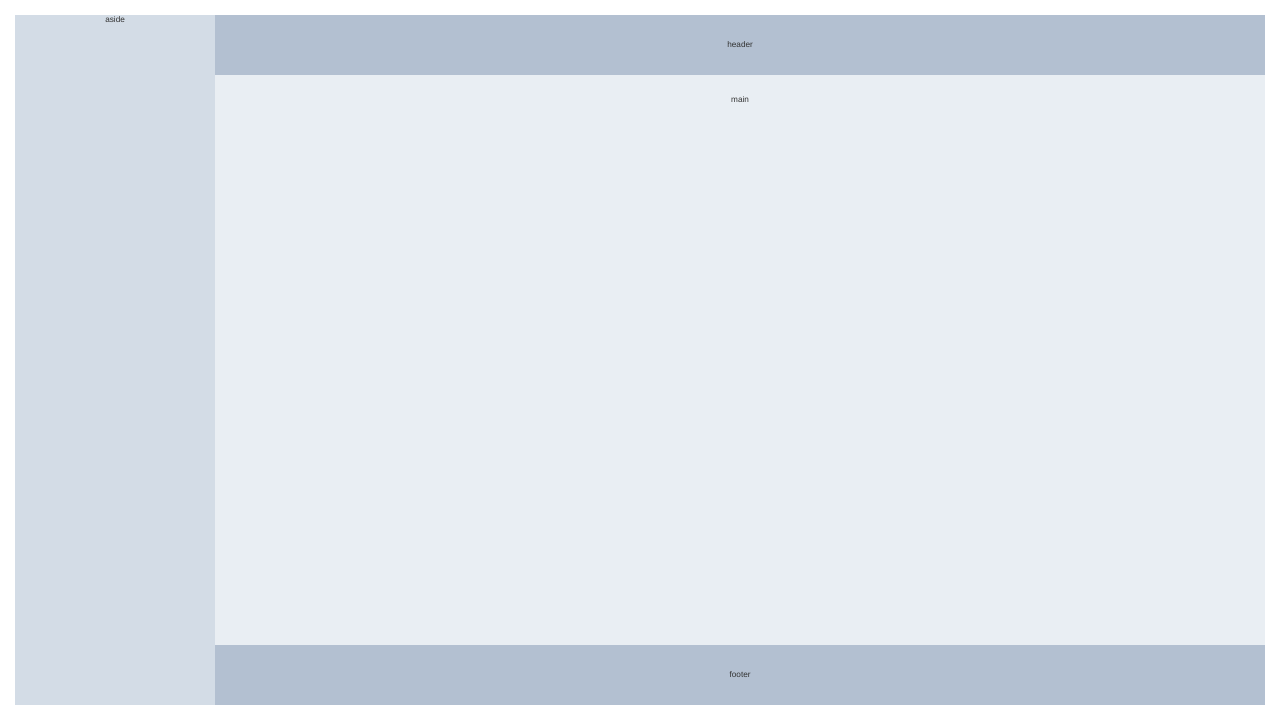
Repository: lagezhou888/element-vue2
Page: /#/button
The author's editor kept a copy of each file at every save. The page is drawn from the files as they stood at one save, then again after the next save.
The browser window is 1280 px wide. The pictures show the whole page.
The project was rebuilt for these pictures with package versions that can differ from the ones it lists, and the page was loaded fresh each time. Also part of the build but not shown: src/components/HelloWorld.vue, src/views/Home.vue.

Above is the page before, as saved 2021-05-13 15:50:11.

### src/main.js
import Vue from 'vue'
import ElementUI from 'element-ui'
import 'element-ui/lib/theme-chalk/index.css'
import App from './App.vue'

// fade/zoom 等
import 'element-ui/lib/theme-chalk/base.css'
// collapse 展开折叠
import CollapseTransition from 'element-ui/lib/transitions/collapse-transition'

import router from './router'
import store from './store'
import '@/plugins/element.js'

import './style/common.less'

Vue.component(CollapseTransition.name, CollapseTransition)
Vue.use(ElementUI, { size: 'small', zIndex: 3000 })
Vue.use(ElementUI)
Vue.config.productionTip = false

new Vue({
  router,
  store,
  render: h => h(App)
}).$mount('#app')

### src/App.vue
<template>
  <div id="app">
    <!-- <div id="nav">
      <router-link to="/">Home</router-link> |
      <router-link to="/about">About</router-link>
    </div> -->
    <router-view/>
  </div>
</template>

<style lang="less">
#app {
  font-family: "Helvetica Neue",Helvetica,"PingFang SC","Hiragino Sans GB","Microsoft YaHei","微软雅黑",Arial,sans-serif;
  -webkit-font-smoothing: antialiased;
  -moz-osx-font-smoothing: grayscale;
  text-align: center;
  font-size: 14px/1.7;
  color: #2c3e50;
}
html,body {
  padding: 0;
  margin: 0;
}
// #nav {
//   padding: 30px;

//   a {
//     font-weight: bold;
//     color: #2c3e50;

//     &.router-link-exact-active {
//       color: #42b983;
//     }
//   }
// }
</style>

### src/router/index.js
import Vue from 'vue'
import VueRouter from 'vue-router'
import Home from '../views/Home.vue'

Vue.use(VueRouter)

const routes = [
  {
    path: '/',
    name: 'Home',
    component: Home
  },
  {
    path: '/about',
    name: 'About',
    // route level code-splitting
    // this generates a separate chunk (about.[hash].js) for this route
    // which is lazy-loaded when the route is visited.
    component: () => import(/* webpackChunkName: "about" */ '../views/About.vue')
  },
  {
    path: '/button',
    name: 'button',
    component: () => import('../views/components/use-button.vue')
  }
]

const router = new VueRouter({
  routes
})

export default router

### src/plugins/element.js
import Vue from 'vue'
import {
  Pagination,
  Dialog,
  Autocomplete,
  Dropdown,
  DropdownMenu,
  DropdownItem,
  Menu,
  Submenu,
  MenuItem,
  MenuItemGroup,
  Input,
  InputNumber,
  Radio,
  RadioGroup,
  RadioButton,
  Checkbox,
  CheckboxButton,
  CheckboxGroup,
  Switch,
  Select,
  Option,
  OptionGroup,
  Button,
  ButtonGroup,
  Table,
  TableColumn,
  DatePicker,
  TimeSelect,
  TimePicker,
  Popover,
  Tooltip,
  Breadcrumb,
  BreadcrumbItem,
  Form,
  FormItem,
  Tabs,
  TabPane,
  Tag,
  Tree,
  Alert,
  Slider,
  Icon,
  Row,
  Col,
  Upload,
  Progress,
  Spinner,
  Badge,
  Card,
  Rate,
  Steps,
  Step,
  Carousel,
  CarouselItem,
  Collapse,
  CollapseItem,
  Cascader,
  ColorPicker,
  Transfer,
  Container,
  Header,
  Aside,
  Main,
  Footer,
  Timeline,
  TimelineItem,
  Link,
  Divider,
  Image,
  Calendar,
  Backtop,
  PageHeader,
  CascaderPanel,
  Loading,
  MessageBox,
  Message,
  Notification
} from 'element-ui'

Vue.use(Pagination)
Vue.use(Dialog)
Vue.use(Autocomplete)
Vue.use(Dropdown)
Vue.use(DropdownMenu)
Vue.use(DropdownItem)
Vue.use(Menu)
Vue.use(Submenu)
Vue.use(MenuItem)
Vue.use(MenuItemGroup)
Vue.use(Input)
Vue.use(InputNumber)
Vue.use(Radio)
Vue.use(RadioGroup)
Vue.use(RadioButton)
Vue.use(Checkbox)
Vue.use(CheckboxButton)
Vue.use(CheckboxGroup)
Vue.use(Switch)
Vue.use(Select)
Vue.use(Option)
Vue.use(OptionGroup)
Vue.use(Button)
Vue.use(ButtonGroup)
Vue.use(Table)
Vue.use(TableColumn)
Vue.use(DatePicker)
Vue.use(TimeSelect)
Vue.use(TimePicker)
Vue.use(Popover)
Vue.use(Tooltip)
Vue.use(Breadcrumb)
Vue.use(BreadcrumbItem)
Vue.use(Form)
Vue.use(FormItem)
Vue.use(Tabs)
Vue.use(TabPane)
Vue.use(Tag)
Vue.use(Tree)
Vue.use(Alert)
Vue.use(Slider)
Vue.use(Icon)
Vue.use(Row)
Vue.use(Col)
Vue.use(Upload)
Vue.use(Progress)
Vue.use(Spinner)
Vue.use(Badge)
Vue.use(Card)
Vue.use(Rate)
Vue.use(Steps)
Vue.use(Step)
Vue.use(Carousel)
Vue.use(CarouselItem)
Vue.use(Collapse)
Vue.use(CollapseItem)
Vue.use(Cascader)
Vue.use(ColorPicker)
Vue.use(Transfer)
Vue.use(Container)
Vue.use(Header)
Vue.use(Aside)
Vue.use(Main)
Vue.use(Footer)
Vue.use(Timeline)
Vue.use(TimelineItem)
Vue.use(Link)
Vue.use(Divider)
Vue.use(Image)
Vue.use(Calendar)
Vue.use(Backtop)
Vue.use(PageHeader)
Vue.use(CascaderPanel)

Vue.use(Loading.directive)

Vue.prototype.$loading = Loading.service
Vue.prototype.$msgbox = MessageBox
Vue.prototype.$alert = MessageBox.alert
Vue.prototype.$confirm = MessageBox.confirm
Vue.prototype.$prompt = MessageBox.prompt
Vue.prototype.$notify = Notification
Vue.prototype.$message = Message

### src/style/common.less
.full {
  padding: 15px;
  height: calc(100vh - 30px);
  overflow: hidden;
}

### src/views/components/use-button.vue
<template>
  <div class="full">
    <el-container>
      <el-aside width="200px">
          aside
      </el-aside>
      <el-container>
        <el-container>
          <el-header height="60">
            header
          </el-header>
          <el-main>
            main
          </el-main>
          <el-footer height="60">
            footer
          </el-footer>
        </el-container>
      </el-container>
    </el-container>
  </div>
</template>

<script>
export default {
  data () {
    return {
      list: [
        { name: '111', url: 'http://111' },
        { name: '111', url: 'http://111' }
      ]
    }
  },
  mounted () {
    console.log('old:' + JSON.stringify(this.list))
    this.list.forEach(element => {
      element.name += 'aaa'
    })
    console.log('new:' + JSON.stringify(this.list))
  }
}
</script>

<style lang="less" scoped>
  .el-header, .el-footer {
    background-color: #B3C0D1;
    color: #333;
    text-align: center;
    line-height: 60px;
  }

  .el-aside {
    background-color: #D3DCE6;
    color: #333;
    text-align: center;
  }

  .el-main {
    background-color: #E9EEF3;
    color: #333;
    text-align: center;
    height: calc(100vh - 150px)
  }
  .el-container:nth-child(5) .el-aside,
  .el-container:nth-child(6) .el-aside {
    line-height: 260px;
  }

  .el-container:nth-child(7) .el-aside {
    line-height: 320px;
  }
</style>

Loaded but not shown: public/index.html (common file); src/store/index.js (common file)

After the next save:
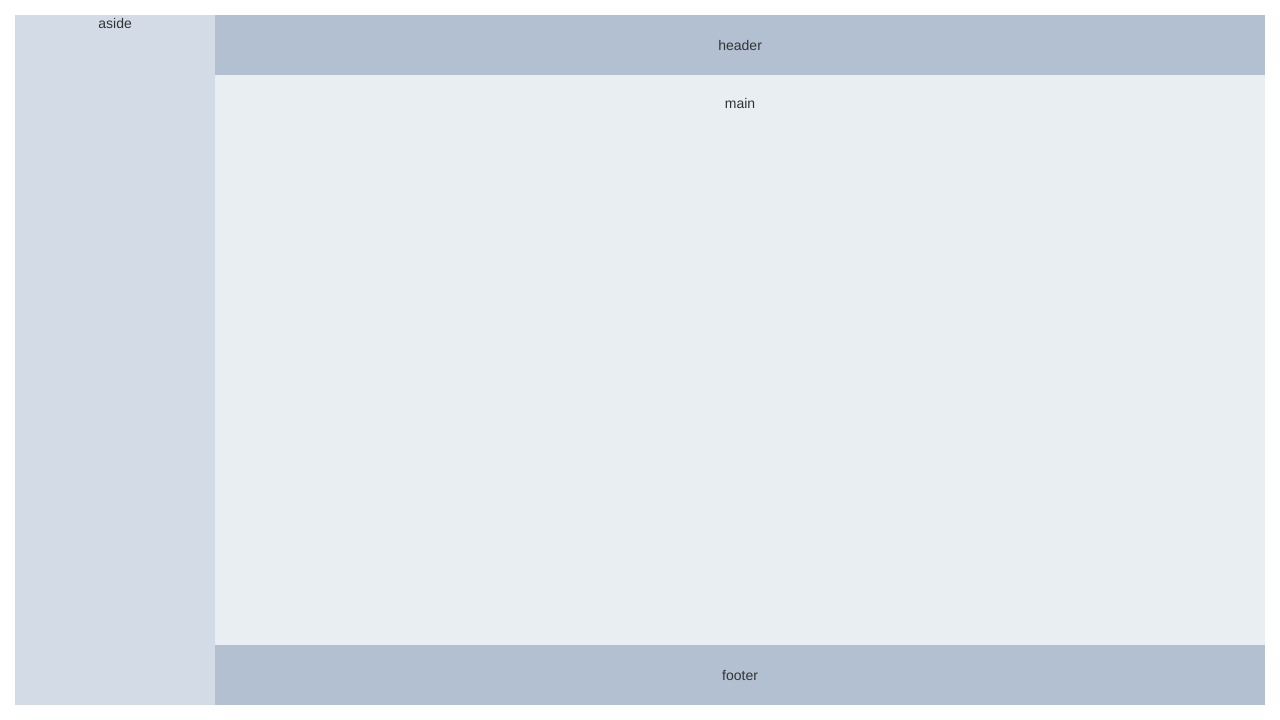
Saved 38 s later.
--- a/src/App.vue
+++ b/src/App.vue
@@ -14,7 +14,7 @@
   -webkit-font-smoothing: antialiased;
   -moz-osx-font-smoothing: grayscale;
   text-align: center;
-  font-size: 14px/1.7;
+  font-size: 14px;
   color: #2c3e50;
 }
 html,body {
